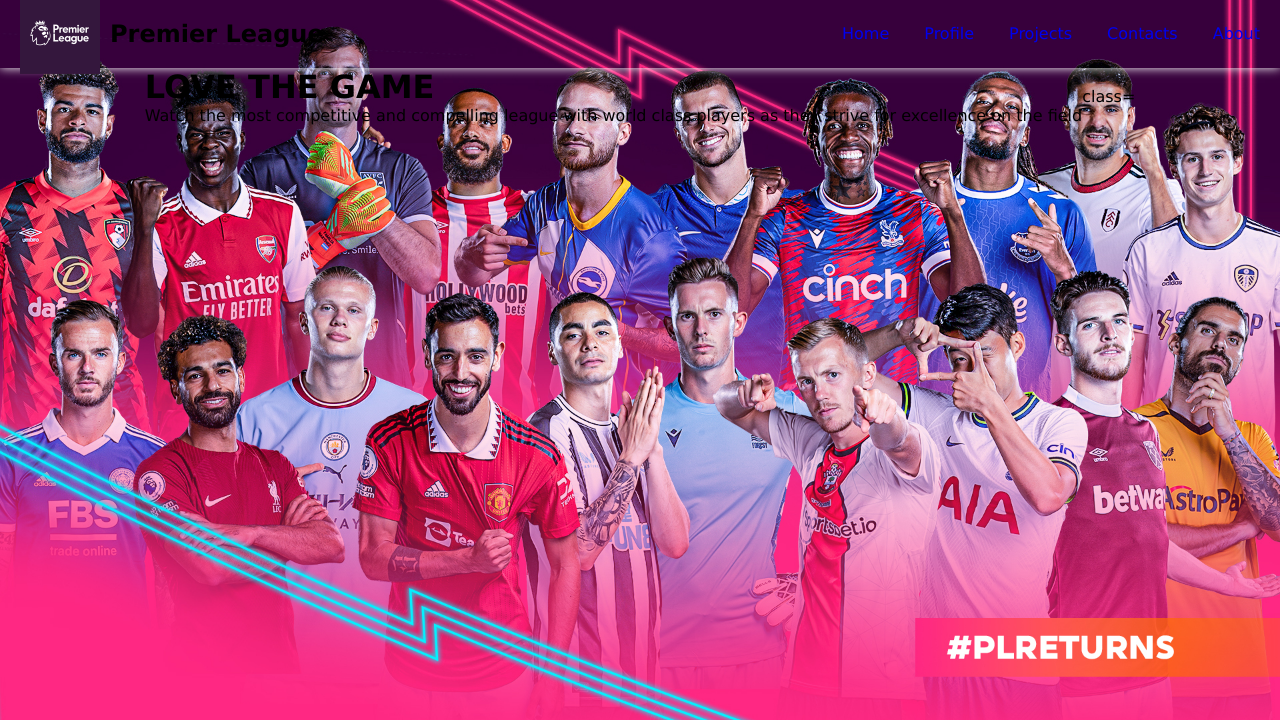
Repository: ogaziesam/simple-landing-page
Page: index.html
An editor plug-in stored every save of this project. The page is shown before and after a run of saves, followed by the edit.
The browser window is 1280 px wide. The pictures show the whole page.

Above is the page before, as saved 2023-08-12 00:47:09.

After the next 2 saves:
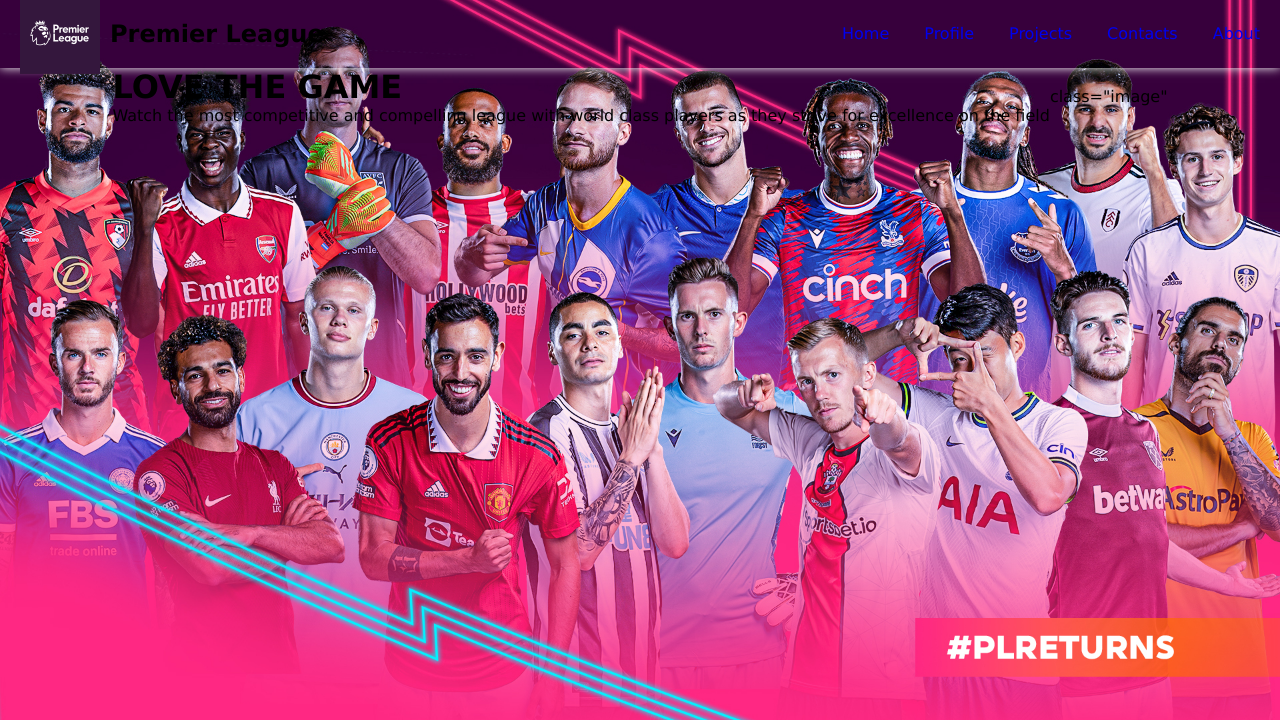
The 2 saves are shown as one change because they came seconds apart.
The last was saved 10 s later.
--- a/index.html
+++ b/index.html
@@ -27,7 +27,7 @@
             <p>Watch the most competitive and compelling league with world class players as they strive for excellence on the field
             </p>
         </div>
-        class=
+        class="image"
     </main>
 
 </body>
